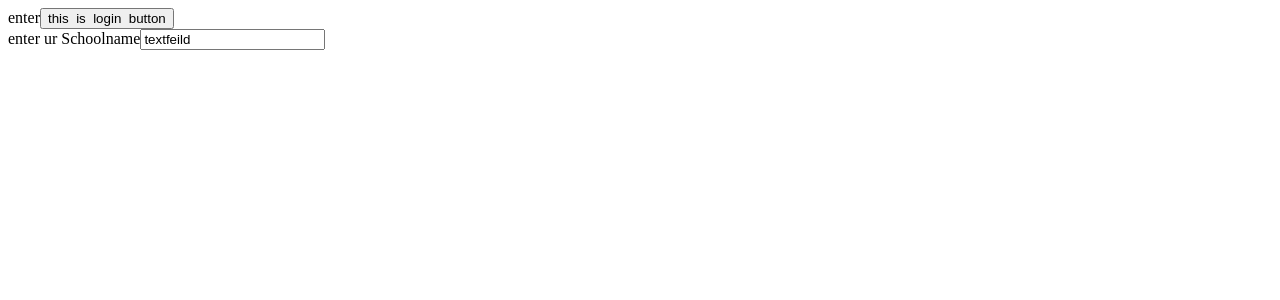
Repository: heenasalim/Java_Script
Page: JsphDemo/WebContent/HtmlforjapDemo.html
The author's editor kept a copy of each file at every save. The page is drawn from the files as they stood at one save, then again after the next save.
The browser window is 1280 px wide. The pictures show the whole page.

Above is the page before, as saved 2015-10-15 16:12:52.

### JsphDemo/WebContent/HtmlforjapDemo.html
<!DOCTYPE html PUBLIC "-//W3C//DTD HTML 4.01 Transitional//EN" "http://www.w3.org/TR/html4/loose.dtd">
<html>
<head>
<meta http-equiv="Content-Type" content="text/html; charset=ISO-8859-1">
<title>Insert title here</title>
</head>
<body>
<form  action="Practice.jsp"  method="post" >

enter<input   type="submit"  name="Login"  value="this  is  login  button">
<br/>
enter ur Schoolname<input type="text"   name="schoolname" value="textfeild" />
</form>
</body>
</html>

After the next save:
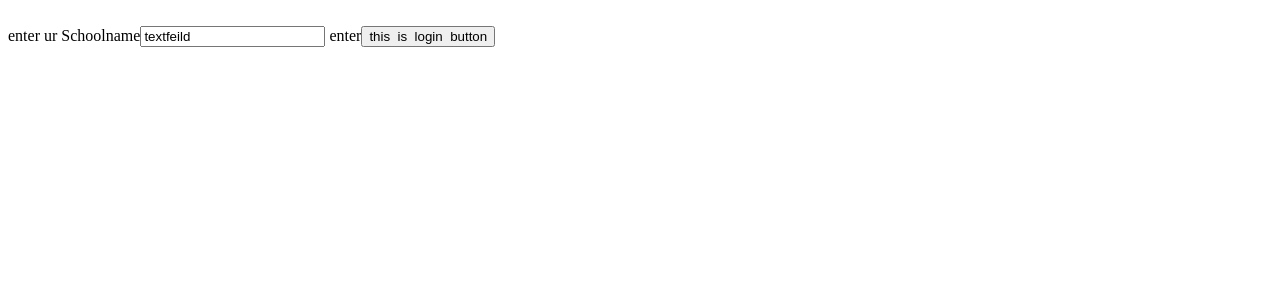
Saved 81 s later.
--- a/JsphDemo/WebContent/HtmlforjapDemo.html
+++ b/JsphDemo/WebContent/HtmlforjapDemo.html
@@ -7,9 +7,10 @@
 <body>
 <form  action="Practice.jsp"  method="post" >
 
-enter<input   type="submit"  name="Login"  value="this  is  login  button">
 <br/>
 enter ur Schoolname<input type="text"   name="schoolname" value="textfeild" />
+
+enter<input   type="submit"  name="Login"  value="this  is  login  button">
 </form>
 </body>
 </html>
